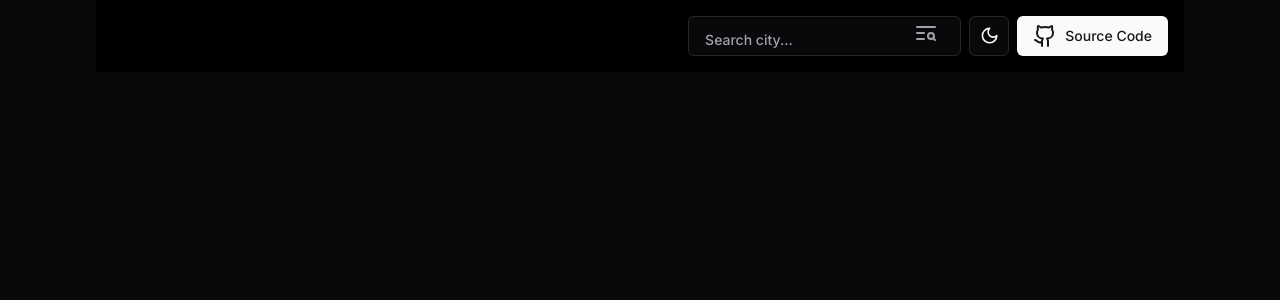
Repository: Young-Dev001/weather-app
Page: /
An editor plug-in stored every save of this project. The page is shown before and after the next save, followed by the edit.
The browser window is 1280 px wide. The pictures show the whole page.
The project was rebuilt for these pictures with package versions that can differ from the ones it lists, and the page was loaded fresh each time. The framework's server and built-in components were replaced by stand-ins that run in the browser. Also part of the build but not shown: next.config.mjs, components/ui/dialog.tsx.

Above is the page before, as saved 2024-06-09 12:27:49.

### app/layout.tsx
import type { Metadata } from "next";
import "./globals.css";
import { Inter as FontSans } from "next/font/google";
import { ThemeProvider } from "@/providers/theme-provider";

// Assign the font loader to a constant
const inter = FontSans({
  subsets: ["latin"],
  variable: "--font-sans",
});

export const metadata: Metadata = {
  title: "Weather App",
  description: "Generated by create next app",
};

export default function RootLayout({
  children,
}: Readonly<{
  children: React.ReactNode;
}>) {
  return (
    <html lang="en">
      <body className={inter.className}>
        <ThemeProvider
          attribute="class"
          defaultTheme="dark"
          enableSystem
          disableTransitionOnChange
        >
          {children}
        </ThemeProvider>
      </body>
    </html>
  );
}

### app/page.tsx
import Navbar from "@/components/Navbar";
import Image from "next/image";

export default function Home() {
  return (
    <main className="mx-[0rem] lg:mx-[2rem] xl:mx-[6rem] 2xl:mx-[16rem] m-auto">
        <Navbar />
    </main>
  );
}

### app/globals.css
@tailwind base;
  @tailwind components;
  @tailwind utilities;


  @layer base {
    :root {
      --background: 0 0% 100%;
      --foreground: 240 10% 3.9%;
      --card: 0 0% 100%;
      --card-foreground: 240 10% 3.9%;
      --popover: 0 0% 100%;
      --popover-foreground: 240 10% 3.9%;
      --primary: 240 5.9% 10%;
      --primary-foreground: 0 0% 98%;
      --secondary: 240 4.8% 95.9%;
      --secondary-foreground: 240 5.9% 10%;
      --muted: 240 4.8% 95.9%;
      --muted-foreground: 240 3.8% 46.1%;
      --accent: 240 4.8% 95.9%;
      --accent-foreground: 240 5.9% 10%;
      --destructive: 0 84.2% 60.2%;
      --destructive-foreground: 0 0% 98%;
      --border: 240 5.9% 90%;
      --input: 240 5.9% 90%;
      --ring: 240 5.9% 10%;
      --radius: 0.5rem;
    }

    .dark {
      --background: 240 10% 3.9%;
      --foreground: 0 0% 98%;
      --card: 240 10% 3.9%;
      --card-foreground: 0 0% 98%;
      --popover: 240 10% 3.9%;
      --popover-foreground: 0 0% 98%;
      --primary: 0 0% 98%;
      --primary-foreground: 240 5.9% 10%;
      --secondary: 240 3.7% 15.9%;
      --secondary-foreground: 0 0% 98%;
      --muted: 240 3.7% 15.9%;
      --muted-foreground: 240 5% 64.9%;
      --accent: 240 3.7% 15.9%;
      --accent-foreground: 0 0% 98%;
      --destructive: 0 62.8% 30.6%;
      --destructive-foreground: 0 0% 98%;
      --border: 240 3.7% 15.9%;
      --input: 240 3.7% 15.9%;
      --ring: 240 4.9% 83.9%;
    }
  }


  @layer base {
    * {
      @apply border-border;
    }
    body {
      @apply bg-background text-foreground;
    }
  }

### components/Navbar.tsx
"use client";

import React from 'react';
import { useRouter } from 'next/navigation';
import { github } from '@/app/utils/icons';
import { Button } from './ui/button';
import ThemeDropDown from './ThemeDropDown';
import SearchDialog from './SearchDialog';

function Navbar() {
  const router = useRouter();

  return (
    <div className="bg-white border-gray-200 dark:bg-black flex items-center justify-between p-4">
      <div className="left">
        {/* Add your left side content here if needed */}
      </div>
      <div className="search-container flex gap-2 ml-auto items-center">
        <SearchDialog />
        <div className="btn-group flex items-center gap-2">
        <ThemeDropDown />
        <Button
          type="button"
          className="source-code flex items-center gap-2"
          onClick={() => router.push("/github")}
        >
          {github} Source Code
        </Button>
        </div>
      </div>
    </div>
  );
}

export default Navbar;

### app/utils/icons.tsx
import { Github, Sun } from "lucide-react";





export const github = <Github />;
export const sun = <Sun />

### components/ui/button.tsx
import * as React from "react"
import { Slot } from "@radix-ui/react-slot"
import { cva, type VariantProps } from "class-variance-authority"

import { cn } from "@/lib/utils"

const buttonVariants = cva(
  "inline-flex items-center justify-center whitespace-nowrap rounded-md text-sm font-medium ring-offset-background transition-colors focus-visible:outline-none focus-visible:ring-2 focus-visible:ring-ring focus-visible:ring-offset-2 disabled:pointer-events-none disabled:opacity-50",
  {
    variants: {
      variant: {
        default: "bg-primary text-primary-foreground hover:bg-primary/90",
        destructive:
          "bg-destructive text-destructive-foreground hover:bg-destructive/90",
        outline:
          "border border-input bg-background hover:bg-accent hover:text-accent-foreground",
        secondary:
          "bg-secondary text-secondary-foreground hover:bg-secondary/80",
        ghost: "hover:bg-accent hover:text-accent-foreground",
        link: "text-primary underline-offset-4 hover:underline",
      },
      size: {
        default: "h-10 px-4 py-2",
        sm: "h-9 rounded-md px-3",
        lg: "h-11 rounded-md px-8",
        icon: "h-10 w-10",
      },
    },
    defaultVariants: {
      variant: "default",
      size: "default",
    },
  }
)

export interface ButtonProps
  extends React.ButtonHTMLAttributes<HTMLButtonElement>,
    VariantProps<typeof buttonVariants> {
  asChild?: boolean
}

const Button = React.forwardRef<HTMLButtonElement, ButtonProps>(
  ({ className, variant, size, asChild = false, ...props }, ref) => {
    const Comp = asChild ? Slot : "button"
    return (
      <Comp
        className={cn(buttonVariants({ variant, size, className }))}
        ref={ref}
        {...props}
      />
    )
  }
)
Button.displayName = "Button"

export { Button, buttonVariants }

### components/ThemeDropDown.tsx
"use client"

import * as React from "react"
import { Moon, Sun } from "lucide-react"
import { useTheme } from "next-themes"

import { Button } from "@/components/ui/button"
import {
  DropdownMenu,
  DropdownMenuContent,
  DropdownMenuItem,
  DropdownMenuTrigger,
} from "@/components/ui/dropdown-menu"


function ThemeDropDown() {
    const { setTheme } = useTheme()
  return (
    <DropdownMenu>
      <DropdownMenuTrigger asChild>
        <Button variant="outline" size="icon">
          <Sun className="h-[1.2rem] w-[1.2rem] rotate-0 scale-100 transition-all dark:-rotate-90 dark:scale-0" />
          <Moon className="absolute h-[1.2rem] w-[1.2rem] rotate-90 scale-0 transition-all dark:rotate-0 dark:scale-100" />
          <span className="sr-only">Toggle theme</span>
        </Button>
      </DropdownMenuTrigger>
      <DropdownMenuContent align="end">
        <DropdownMenuItem onClick={() => setTheme("light")}>
          Light
        </DropdownMenuItem>
        <DropdownMenuItem onClick={() => setTheme("dark")}>
          Dark
        </DropdownMenuItem>
        <DropdownMenuItem onClick={() => setTheme("system")}>
          System
        </DropdownMenuItem>
      </DropdownMenuContent>
    </DropdownMenu>
  )
}

export default ThemeDropDown

### components/SearchDialog.tsx
import {
    Dialog,
    DialogContent,
    DialogDescription,
    DialogHeader,
    DialogTitle,
    DialogTrigger,
  } from "@/components/ui/dialog"

  import {
    Command,
    CommandDialog,
    CommandEmpty,
    CommandGroup,
    CommandInput,
    CommandItem,
    CommandList,
    CommandSeparator,
    CommandShortcut,
  } from "@/components/ui/command"
import { Button } from "./ui/button"
import { TextSearch } from "lucide-react"




function SearchDialog() {
  return (
<Dialog>
  <DialogTrigger asChild>
    <Button variant="outline"
    className="border inline-flex items-center justify-center text-sm font-medium hover:dark:bg-[#000000] hover:light:bg-[#c61b1b]">
        <p className="text-sm text-muted-foreground">
          Search city...{" "}
          <kbd className="pointer-events-none ml-auto inline-flex h-5 select-none items-center gap-1 rounded  px-1.5 font-mono text-[10px] font-medium text-muted-foreground opacity-100 hover:bg-primary md:ml-28">
          <TextSearch />
          </kbd>
        </p>
    </Button>
  </DialogTrigger>

</Dialog>

  )
}

export default SearchDialog

### components/ui/dropdown-menu.tsx
"use client"

import * as React from "react"
import * as DropdownMenuPrimitive from "@radix-ui/react-dropdown-menu"
import { Check, ChevronRight, Circle } from "lucide-react"

import { cn } from "@/lib/utils"

const DropdownMenu = DropdownMenuPrimitive.Root

const DropdownMenuTrigger = DropdownMenuPrimitive.Trigger

const DropdownMenuGroup = DropdownMenuPrimitive.Group

const DropdownMenuPortal = DropdownMenuPrimitive.Portal

const DropdownMenuSub = DropdownMenuPrimitive.Sub

const DropdownMenuRadioGroup = DropdownMenuPrimitive.RadioGroup

const DropdownMenuSubTrigger = React.forwardRef<
  React.ElementRef<typeof DropdownMenuPrimitive.SubTrigger>,
  React.ComponentPropsWithoutRef<typeof DropdownMenuPrimitive.SubTrigger> & {
    inset?: boolean
  }
>(({ className, inset, children, ...props }, ref) => (
  <DropdownMenuPrimitive.SubTrigger
    ref={ref}
    className={cn(
      "flex cursor-default select-none items-center rounded-sm px-2 py-1.5 text-sm outline-none focus:bg-accent data-[state=open]:bg-accent",
      inset && "pl-8",
      className
    )}
    {...props}
  >
    {children}
    <ChevronRight className="ml-auto h-4 w-4" />
  </DropdownMenuPrimitive.SubTrigger>
))
DropdownMenuSubTrigger.displayName =
  DropdownMenuPrimitive.SubTrigger.displayName

const DropdownMenuSubContent = React.forwardRef<
  React.ElementRef<typeof DropdownMenuPrimitive.SubContent>,
  React.ComponentPropsWithoutRef<typeof DropdownMenuPrimitive.SubContent>
>(({ className, ...props }, ref) => (
  <DropdownMenuPrimitive.SubContent
    ref={ref}
    className={cn(
      "z-50 min-w-[8rem] overflow-hidden rounded-md border bg-popover p-1 text-popover-foreground shadow-lg data-[state=open]:animate-in data-[state=closed]:animate-out data-[state=closed]:fade-out-0 data-[state=open]:fade-in-0 data-[state=closed]:zoom-out-95 data-[state=open]:zoom-in-95 data-[side=bottom]:slide-in-from-top-2 data-[side=left]:slide-in-from-right-2 data-[side=right]:slide-in-from-left-2 data-[side=top]:slide-in-from-bottom-2",
      className
    )}
    {...props}
  />
))
DropdownMenuSubContent.displayName =
  DropdownMenuPrimitive.SubContent.displayName

const DropdownMenuContent = React.forwardRef<
  React.ElementRef<typeof DropdownMenuPrimitive.Content>,
  React.ComponentPropsWithoutRef<typeof DropdownMenuPrimitive.Content>
>(({ className, sideOffset = 4, ...props }, ref) => (
  <DropdownMenuPrimitive.Portal>
    <DropdownMenuPrimitive.Content
      ref={ref}
      sideOffset={sideOffset}
      className={cn(
        "z-50 min-w-[8rem] overflow-hidden rounded-md border bg-popover p-1 text-popover-foreground shadow-md data-[state=open]:animate-in data-[state=closed]:animate-out data-[state=closed]:fade-out-0 data-[state=open]:fade-in-0 data-[state=closed]:zoom-out-95 data-[state=open]:zoom-in-95 data-[side=bottom]:slide-in-from-top-2 data-[side=left]:slide-in-from-right-2 data-[side=right]:slide-in-from-left-2 data-[side=top]:slide-in-from-bottom-2",
        className
      )}
      {...props}
    />
  </DropdownMenuPrimitive.Portal>
))
DropdownMenuContent.displayName = DropdownMenuPrimitive.Content.displayName

const DropdownMenuItem = React.forwardRef<
  React.ElementRef<typeof DropdownMenuPrimitive.Item>,
  React.ComponentPropsWithoutRef<typeof DropdownMenuPrimitive.Item> & {
    inset?: boolean
  }
>(({ className, inset, ...props }, ref) => (
  <DropdownMenuPrimitive.Item
    ref={ref}
    className={cn(
      "relative flex cursor-default select-none items-center rounded-sm px-2 py-1.5 text-sm outline-none transition-colors focus:bg-accent focus:text-accent-foreground data-[disabled]:pointer-events-none data-[disabled]:opacity-50",
      inset && "pl-8",
      className
    )}
    {...props}
  />
))
DropdownMenuItem.displayName = DropdownMenuPrimitive.Item.displayName

const DropdownMenuCheckboxItem = React.forwardRef<
  React.ElementRef<typeof DropdownMenuPrimitive.CheckboxItem>,
  React.ComponentPropsWithoutRef<typeof DropdownMenuPrimitive.CheckboxItem>
>(({ className, children, checked, ...props }, ref) => (
  <DropdownMenuPrimitive.CheckboxItem
    ref={ref}
    className={cn(
      "relative flex cursor-default select-none items-center rounded-sm py-1.5 pl-8 pr-2 text-sm outline-none transition-colors focus:bg-accent focus:text-accent-foreground data-[disabled]:pointer-events-none data-[disabled]:opacity-50",
      className
    )}
    checked={checked}
    {...props}
  >
    <span className="absolute left-2 flex h-3.5 w-3.5 items-center justify-center">
      <DropdownMenuPrimitive.ItemIndicator>
        <Check className="h-4 w-4" />
      </DropdownMenuPrimitive.ItemIndicator>
    </span>
    {children}
  </DropdownMenuPrimitive.CheckboxItem>
))
DropdownMenuCheckboxItem.displayName =
  DropdownMenuPrimitive.CheckboxItem.displayName

const DropdownMenuRadioItem = React.forwardRef<
  React.ElementRef<typeof DropdownMenuPrimitive.RadioItem>,
  React.ComponentPropsWithoutRef<typeof DropdownMenuPrimitive.RadioItem>
>(({ className, children, ...props }, ref) => (
  <DropdownMenuPrimitive.RadioItem
    ref={ref}
    className={cn(
      "relative flex cursor-default select-none items-center rounded-sm py-1.5 pl-8 pr-2 text-sm outline-none transition-colors focus:bg-accent focus:text-accent-foreground data-[disabled]:pointer-events-none data-[disabled]:opacity-50",
      className
    )}
    {...props}
  >
    <span className="absolute left-2 flex h-3.5 w-3.5 items-center justify-center">
      <DropdownMenuPrimitive.ItemIndicator>
        <Circle className="h-2 w-2 fill-current" />
      </DropdownMenuPrimitive.ItemIndicator>
    </span>
    {children}
  </DropdownMenuPrimitive.RadioItem>
))
DropdownMenuRadioItem.displayName = DropdownMenuPrimitive.RadioItem.displayName

const DropdownMenuLabel = React.forwardRef<
  React.ElementRef<typeof DropdownMenuPrimitive.Label>,
  React.ComponentPropsWithoutRef<typeof DropdownMenuPrimitive.Label> & {
    inset?: boolean
  }
>(({ className, inset, ...props }, ref) => (
  <DropdownMenuPrimitive.Label
    ref={ref}
    className={cn(
      "px-2 py-1.5 text-sm font-semibold",
      inset && "pl-8",
      className
    )}
    {...props}
  />
))
DropdownMenuLabel.displayName = DropdownMenuPrimitive.Label.displayName

const DropdownMenuSeparator = React.forwardRef<
  React.ElementRef<typeof DropdownMenuPrimitive.Separator>,
  React.ComponentPropsWithoutRef<typeof DropdownMenuPrimitive.Separator>
>(({ className, ...props }, ref) => (
  <DropdownMenuPrimitive.Separator
    ref={ref}
    className={cn("-mx-1 my-1 h-px bg-muted", className)}
    {...props}
  />
))
DropdownMenuSeparator.displayName = DropdownMenuPrimitive.Separator.displayName

const DropdownMenuShortcut = ({
  className,
  ...props
}: React.HTMLAttributes<HTMLSpanElement>) => {
  return (
    <span
      className={cn("ml-auto text-xs tracking-widest opacity-60", className)}
      {...props}
    />
  )
}
DropdownMenuShortcut.displayName = "DropdownMenuShortcut"

export {
  DropdownMenu,
  DropdownMenuTrigger,
  DropdownMenuContent,
  DropdownMenuItem,
  DropdownMenuCheckboxItem,
  DropdownMenuRadioItem,
  DropdownMenuLabel,
  DropdownMenuSeparator,
  DropdownMenuShortcut,
  DropdownMenuGroup,
  DropdownMenuPortal,
  DropdownMenuSub,
  DropdownMenuSubContent,
  DropdownMenuSubTrigger,
  DropdownMenuRadioGroup,
}

### tailwind.config.ts
/**
 * @type {import('@types/tailwindcss/tailwind-config').TailwindConfig}
 */

import type { Config } from "tailwindcss"
const { fontFamily } = require("tailwindcss/defaultTheme")

const config = {
  darkMode: ["class"],
  content: [
    './pages/**/*.{ts,tsx}',
    './components/**/*.{ts,tsx}',
    './app/**/*.{ts,tsx}',
    './src/**/*.{ts,tsx}',
    "./public/**/*.html",
	],
  prefix: "",
  plugins: [
    require("flowbite/plugin")
  ],
  theme: {
    container: {
      center: true,
      padding: "2rem",
      screens: {
        "2xl": "1400px",
      },
    },
    extend: {
      fontFamily: {
        sans: ["var(--font-sans)", ...fontFamily.sans],
      },
      colors: {
        border: "hsl(var(--border))",
        input: "hsl(var(--input))",
        ring: "hsl(var(--ring))",
        background: "hsl(var(--background))",
        foreground: "hsl(var(--foreground))",
        primary: {
          DEFAULT: "hsl(var(--primary))",
          foreground: "hsl(var(--primary-foreground))",
        },
        secondary: {
          DEFAULT: "hsl(var(--secondary))",
          foreground: "hsl(var(--secondary-foreground))",
        },
        destructive: {
          DEFAULT: "hsl(var(--destructive))",
          foreground: "hsl(var(--destructive-foreground))",
        },
        muted: {
          DEFAULT: "hsl(var(--muted))",
          foreground: "hsl(var(--muted-foreground))",
        },
        accent: {
          DEFAULT: "hsl(var(--accent))",
          foreground: "hsl(var(--accent-foreground))",
        },
        popover: {
          DEFAULT: "hsl(var(--popover))",
          foreground: "hsl(var(--popover-foreground))",
        },
        card: {
          DEFAULT: "hsl(var(--card))",
          foreground: "hsl(var(--card-foreground))",
        },
      },
      borderRadius: {
        lg: "var(--radius)",
        md: "calc(var(--radius) - 2px)",
        sm: "calc(var(--radius) - 4px)",
      },
      keyframes: {
        "accordion-down": {
          from: { height: "0" },
          to: { height: "var(--radix-accordion-content-height)" },
        },
        "accordion-up": {
          from: { height: "var(--radix-accordion-content-height)" },
          to: { height: "0" },
        },
      },
      animation: {
        "accordion-down": "accordion-down 0.2s ease-out",
        "accordion-up": "accordion-up 0.2s ease-out",
      },
    },
  },
  plugins: [require("tailwindcss-animate")],
} satisfies Config

export default config

Loaded but not shown: providers/theme-provider.tsx (common file); lib/utils.ts (common file)

After the next save:
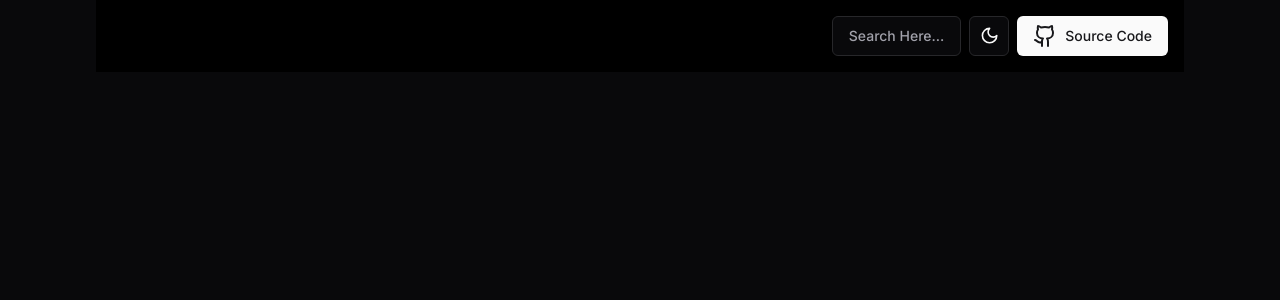
Saved 27 s later.
--- a/components/SearchDialog.tsx
+++ b/components/SearchDialog.tsx
@@ -19,7 +19,6 @@ import {
     CommandShortcut,
   } from "@/components/ui/command"
 import { Button } from "./ui/button"
-import { TextSearch } from "lucide-react"
 
 
 
@@ -30,12 +29,7 @@ function SearchDialog() {
   <DialogTrigger asChild>
     <Button variant="outline"
     className="border inline-flex items-center justify-center text-sm font-medium hover:dark:bg-[#000000] hover:light:bg-[#c61b1b]">
-        <p className="text-sm text-muted-foreground">
-          Search city...{" "}
-          <kbd className="pointer-events-none ml-auto inline-flex h-5 select-none items-center gap-1 rounded  px-1.5 font-mono text-[10px] font-medium text-muted-foreground opacity-100 hover:bg-primary md:ml-28">
-          <TextSearch />
-          </kbd>
-        </p>
+        <p className="text-sm text-muted-foreground">Search Here...</p>
     </Button>
   </DialogTrigger>
 
